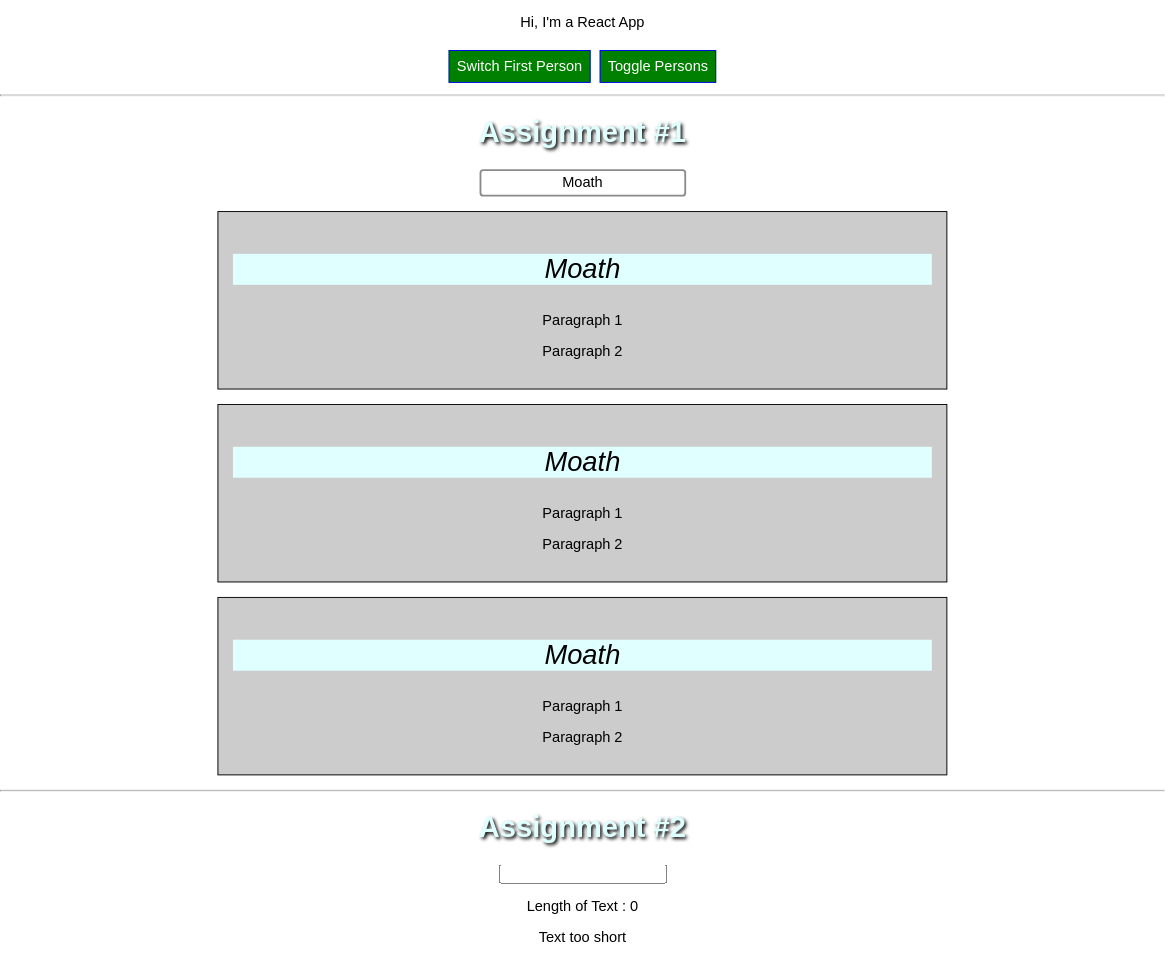
Repository: MuathYHKefayah/React-Basics
Page: /
An editor plug-in stored every save of this project. The page is shown before and after the next save, followed by the edit.
The browser window is 1280 px wide. The pictures show the whole page, at 91% of full size.
The project was rebuilt for these pictures with package versions that can differ from the ones it lists, and the page was loaded fresh each time. Also part of the build but not shown: src/CharComponent/CharComponent.js, src/Person/Person.css, src/Person/Person.js.

Above is the page before, as saved 2020-12-12 18:38:02.

### src/App.js
import React, { Component } from 'react';
import './App.css';
import CharComponent from './CharComponent/CharComponent';
import Person from './Person/Person';
import UserInput from './UserInput/UserInput';
import UserOutput from './UserOutput/UserOutput';
import ValidationComponent from './ValidationComponent/ValidationComponent';

class App extends Component {
  state = {
     persons: [
       { id: 'item1', name:'Moath', age: 25},
       { id: 'item2', name:'Ahmad', age: 26},
       { id: 'item3', name:'Khaled', age: 27},
     ],
     username: "Moath",
     showPersons: false,
     inputText: ''
  }

  switchNameHandler  = (newName, newAge, index) => {
    //let personsCopy = JSON.parse(JSON.stringify(this.state.persons));
    //let personsCopy = this.state.persons.slice();
    let personsCopy = [...this.state.persons];
    personsCopy[index].name = newName;
    personsCopy[index].age = newAge;

    //Don't Do This: this.state.persons[index].name = newName;
    // this.setState({
    //   persons: [
    //     { name:newName, age: 25},
    //     { name:'Ahmad', age: 26},
    //     { name:'Khaled', age: newAge},
    //   ]
    // })
    this.setState({
        persons: personsCopy
      })
  }

  nameChangedHandler = (event, id) => {
    const personIndex = this.state.persons.findIndex(p => {
      return p.id === id;
    });

    const person = {
      ...this.state.persons[personIndex]
    }

    const persons = [...this.state.persons];
    persons[personIndex] = person;

    this.setState({
      persons: persons
    })
  }

  deletePersonHandler = (personIndex) => {
    const persons = [...this.state.persons];
    persons.splice(personIndex, 1);
    this.setState({persons: persons});
  }

  togglePersonsHandler = () => {
    const doesShow =  this.state.showPersons;
    this.setState({
      showPersons : !doesShow
    });
  }


  //Assignment #1
  usernameChangedHandelr = (event) => {
    this.setState({
      username: event.target.value
    })
  }

  //Assignment #2
  inputchangedHandler = (event) => {
    this.setState({
      inputText: event.target.value
    })
  }

  deleteCharHandler = (charIndex) => {
    const inputText = this.state.inputText.split('');
    inputText.splice(charIndex, 1);
    const updatedText = inputText.join('');
    this.setState({inputText: updatedText});
  }



  render() {
    const style = {
      backgroundColor: 'green',
      color: 'white',
      font: 'inherit',
      border: '1px solid blue',
      padding: '8px',
      cursor: 'pointer',
      margin: '5px'
    };

    const assignmentStyle = {
      color: 'lightcyan',
      textShadow: '2px 2px 4px #000000'
    }

    let persons = null;
    // Way #2 this is the preferd way
    if(this.state.showPersons){
      persons =
        (
          <div>
            {this.state.persons.map((person, index) => {
              return <Person
                        key={person.id}
                        name={person.name}
                        age={person.age}
                        click={this.switchNameHandler.bind(this, person.name+'!', person.age + 5, index)}
                        changed={(event) => this.nameChangedHandler(event, person.id)}
                        deleted={this.deletePersonHandler.bind(this, index)}
                        />
            })
            }

          </div>
        );

        style.backgroundColor = 'red';

    }


    let classes = [];

    if(this.state.persons.length <= 2){
      classes.push('red');
    }
    if(this.state.persons.length <= 1){
      classes.push('bold');
    }


    return (
      // jsx \\ write html code in js file
      <div className="App">
        <p className={classes.join(' ')}>Hi, I'm a React App</p>
        {
          this.state.persons.length > 0 ?
          <div>
            <button
              style={style}
              onClick={this.switchNameHandler.bind(this, this.state.persons[0].name + '!!', 30, 0)}>Switch First Person</button>
            <button
              style={style}
              onClick={this.togglePersonsHandler}> Toggle Persons</button>
          </div> : alert('If you delete this person you will not have any Person then!')
        }

        {
        // Way #1
        /* { this.state.showPersons ?
            <div>
              <Person name={this.state.persons[0].name} age={this.state.persons[0].age}/>
              <Person
                name={this.state.persons[1].name}
                age={this.state.persons[1].age}
                click={this.switchNameHandler.bind(this, 'Moath!', 40)}
                changed={this.nameChangedHandler}
                >My Hobbies: Racing</Person>
              <Person name={this.state.persons[2].name} age={this.state.persons[2].age}/>
            </div> : null
        } */}
        {persons}

        <hr/>
        <h1 style={assignmentStyle}>Assignment #1</h1>
        <UserInput
          name={this.state.username}
          changed={this.usernameChangedHandelr}/>

        <UserOutput name={this.state.username}/>
        <UserOutput name={this.state.username}/>
        <UserOutput name={this.state.username}/>
        <hr/>
        <h1 style={assignmentStyle}>Assignment #2</h1>

        <div>
          <input type="text" onChange={this.inputchangedHandler} value={this.state.inputText}/>
          <p>Length of Text : {this.state.inputText.length}</p>
          <ValidationComponent textLength={this.state.inputText.length} />
          <div>
            { this.state.inputText.split('').map( (ch, index) => {
              return <CharComponent
                        key={index}
                        letter={ch}
                        clicked={() => this.deleteCharHandler(index)}/>;
            })

            }
          </div>
        </div>
      </div>
    );
    //return React.createElement('div', {className: 'App'} , React.createElement('h1', null , 'Hi, I\'m a React App !!!' ))
  }
}

export default App;

### src/UserInput/UserInput.js
import React, { Component } from 'react';


class UserInput extends Component{
    render(){
        const style = {
            fontSize: '16px',
            fontFamily: 'inherit',
            padding: '0.25em 0.5em',
            backgroundColor: '#fff',
            border: '2px solid #8b8a8b',
            borderRadius: '4px',
            textAlign: 'center'
        }
        return(
            <div className="UserInput">
                <input
                    style= {style}
                    type="text"
                    onChange={this.props.changed}
                    value={this.props.name}/>
            </div>

        );
    }
}

export default UserInput;

### src/UserOutput/UserOutput.js
import React, { Component } from 'react';
import './UserOutput.css'

class UserOutput extends Component {

    render(){
        const style = {
            backgroundColor: 'lightcyan',
            fontStyle: 'oblique',
            fontSize: '30px'
        };
        return(
            <div className="UserOutput">
                <p style={style}>{this.props.name}</p>
                <p>Paragraph 1</p>
                <p>Paragraph 2</p>
            </div>
        );
    }
}

export default UserOutput;

### src/ValidationComponent/ValidationComponent.js
import React from 'react';

const ValidationComponent = (props) => {
    return (
        props.textLength > 5 ? <p>Text long enough</p> : <p>Text too short</p>
    )
};

export default ValidationComponent;

### src/UserOutput/UserOutput.css
.UserOutput{
    width: 60%;
    border: 1px solid black;
    padding: 16px;
    background-color: #ccc;
    margin: 16px auto;
    text-align: center;
}

Loaded but not shown: public/index.html (common file); src/index.js (common file); src/index.css (common file); src/registerServiceWorker.js (common file); src/App.css (common file)

After the next save:
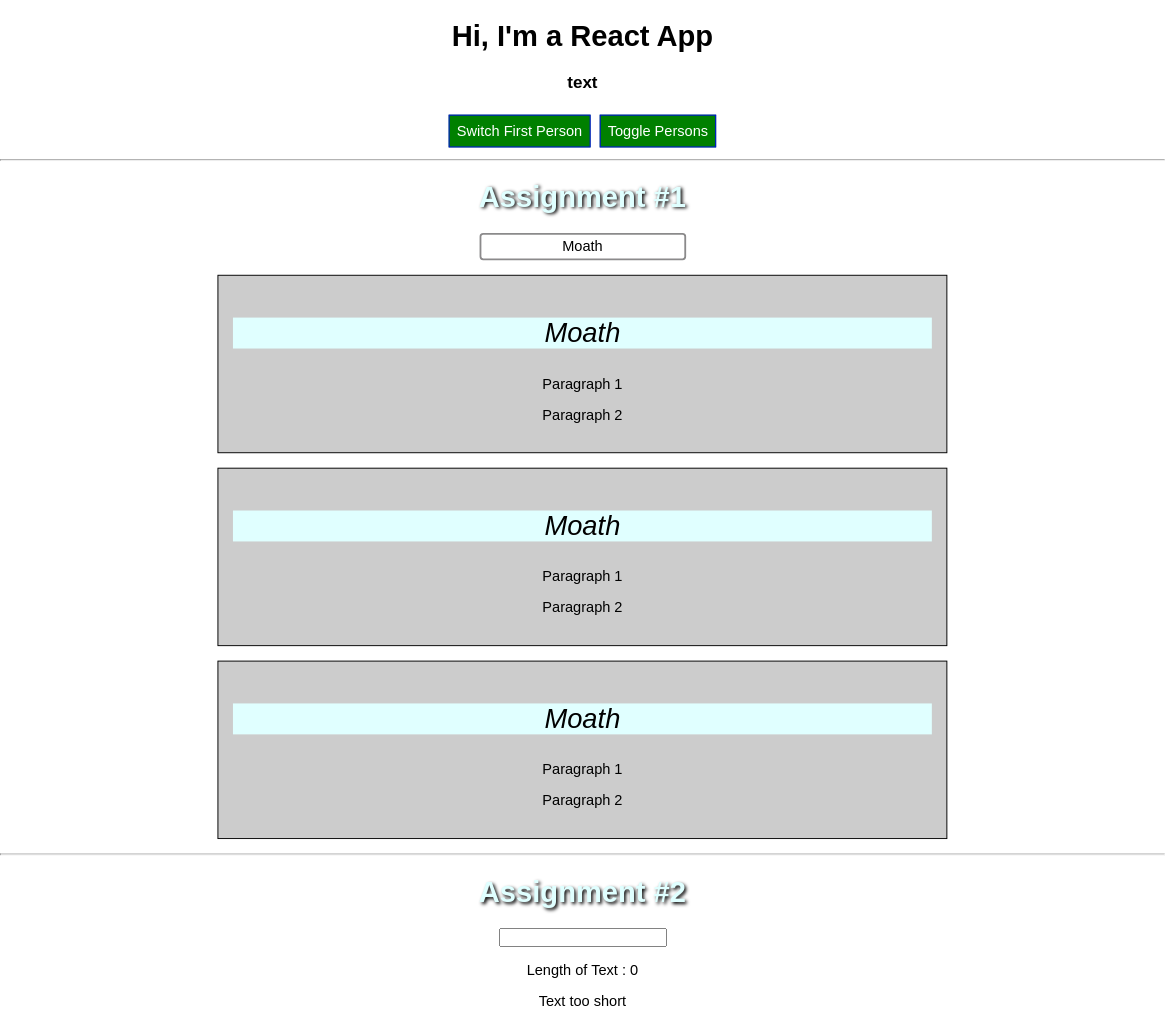
Saved 35 s later.
--- a/src/App.js
+++ b/src/App.js
@@ -147,7 +147,8 @@ class App extends Component {
     return (
       // jsx \\ write html code in js file
       <div className="App">
-        <p className={classes.join(' ')}>Hi, I'm a React App</p>
+        <h1>Hi, I'm a React App</h1>
+        <h3>text</h3>
         {
           this.state.persons.length > 0 ?
           <div>
